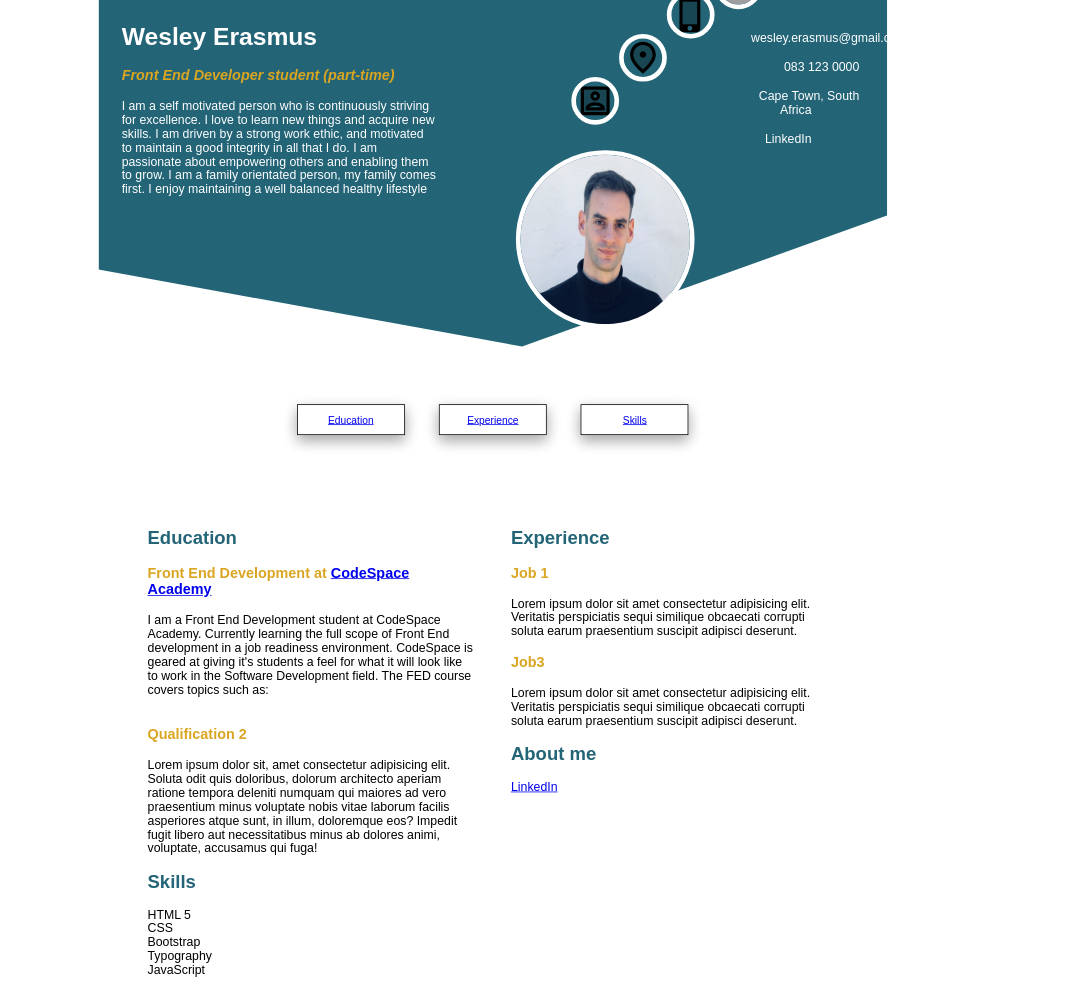
Repository: WesleyErasmus/myDigitalResume
Page: Resume-Projec-3/index.html
The author's editor kept a copy of each file at every save. The page is drawn from the files as they stood at one save, then again after the next save.
The browser window is 1280 px wide. The page is 1408 px wide, so the pictures cover 1408 px, including what lies to the right of the window. The pictures show the whole page, at 77% of full size.
Pictures or frames that could not be fetched are drawn as grey boxes.

Above is the page before, as saved 2022-02-12 16:40:28.

### Resume-Projec-3/index.html
<!DOCTYPE html>
<html lang="en">

<head>
  <meta charset="UTF-8">
  <meta http-equiv="X-UA-Compatible" content="IE=edge">
  <meta name="viewport" content="width=device-width, initial-scale=1.0">
  <title>Hello World</title>
  <link rel="stylesheet" href="styles.css">
</head>

<body>
  <header>
    <div class="title">
          <h1>Wesley Erasmus</h1>
          <h3> <em>Front End Developer student (part-time)</em></h3>
          <p>I am a self motivated person who is continuously striving for excellence. I love to learn new things and acquire new skills. I am driven by a strong work ethic, and motivated to maintain a good integrity in all that I do. I am passionate about empowering others and enabling them to grow. I am a family orientated person, my family comes first. I enjoy maintaining a well balanced healthy lifestyle</p>
    </div>


    <ul class="contact-details">
      <li>wesley.erasmus@gmail.com <img src="svg/email.svg" alt="Gmail" style="width: 50px; height: 50px;"> </li>

      <li>083 123 0000 <img src="svg/phone.svg" alt="Cell number" style="width: 50px; height: 50px;"> </li>

      <li>Cape Town, South Africa <img src="svg/location2.svg" alt="Location" style="width: 50px; height: 50px;"> </li>

      <li>LinkedIn </a> <img src="svg/account.svg" alt="LinkedIn profile" style="width: 50px; height: 50px;"> </li>
    </ul>

    <img id="headshot" src="images/IMG_01081.jpg" alt="Portrait image of Wesley Erasmus">


    <svg width="1024px" >
      <polygon fill="#236477" points="0,0 1024,0 1024,280 550,450 0,350"/>
  </svg>

  </header>
  <nav>

    <ul class="page-links">
      <li> <button><a href="#Education">Education</a></button></li>
      <li><button><a href="#Experience">Experience</a></button></li>
      <li><button><a href="#Skills">Skills</a></button></li>
    </ul>

  </nav>

  <main>

    <div class="flex-col-1">

      <h2 class="color-headings" id="Education">Education</h2>

      <h3>Front End Development at <a href="https://www.codespace.co.za/" target="_blank">CodeSpace Academy</a> </h3>

      <p>I am a Front End Development student at CodeSpace Academy. Currently learning the full scope of Front End development in a job readiness environment. CodeSpace is geared at giving it's students a feel for what it will look like to work in the Software Development field. The FED course covers topics such as:</p>
      <br>

        <h3>Qualification 2</h3>

      <p>Lorem ipsum dolor sit, amet consectetur adipisicing elit. Soluta odit quis doloribus, dolorum architecto
        aperiam ratione tempora deleniti numquam qui maiores ad vero praesentium minus voluptate nobis vitae laborum
        facilis asperiores atque sunt, in illum, doloremque eos? Impedit fugit libero aut necessitatibus minus ab
        dolores animi, voluptate, accusamus qui fuga!</p>




      <h2 class="color-headings" id="Skills">Skills</h2>

      <ul>
        <li>HTML 5</li>
        <li>CSS</li>
        <li>Bootstrap</li>
        <li>Typography</li>
        <li>JavaScript</li>
      </ul>

  </div>


    <div class="flex-col-1">
    <h2 class="color-headings" id="Experience">Experience</h2>
    <h3>Job 1</h3>
    <p>Lorem ipsum dolor sit amet consectetur adipisicing elit. Veritatis perspiciatis sequi similique obcaecati
      corrupti soluta earum praesentium suscipit adipisci deserunt.</p>
    <h3>Job3</h3>
    <p>Lorem ipsum dolor sit amet consectetur adipisicing elit. Veritatis perspiciatis sequi similique obcaecati
      corrupti soluta earum praesentium suscipit adipisci deserunt.</p>


    <h2 class="color-headings" >About me</h2>
    <p>
      <a href="https://www.linkedin.com/feed/" target="_blank">LinkedIn</a>
    </p>
  </div>

  </main>

</body>

</html>

### Resume-Projec-3/styles.css
* {
    margin: 0;
    padding: 0;
    font-family: sans-serif;
}
body {
max-width: 1024px;
max-height: 830px;
margin: 0 auto;
}
ul {
    list-style-type: none;
}
header {
    width: 100%;
    color: #fff;
    margin-bottom: 50px;
}
h3 {
    color: goldenrod;
    margin-top: 20px;
    margin-bottom: 20px;
}
.contact-details {
    position: absolute;
    /* float: right; */
    top: 30px;
    right: 30px;
    text-align: right;
    list-style-type: none;
}
.contact-details li{
    padding: 10px;
}

.title {
    width: 40%;
    padding: 30px;
}
img {
    position: relative;
    float: right;
    right: 250px;
    top: -90px;
    width: 220px;
    height: 220px;
    border-radius: 50%;
    border: 6px solid #fff;
}

svg {
    display: block;
    width: 1024px;
    z-index: -1;
    position: absolute;
    top: 0;
    width: 100%;
    height: 500px;
}
nav {
    margin-top: 240px ;
}
.page-links li{
    display: inline;
    background-color: #fff;
    margin: 20px;
}
button {
    color: #000;
    background-color: #fff;
    width: 140px;
    height: 40px;
    border: solid 1px black;
    box-shadow: 0 8px 16px 0 rgba(0,0,0,0.2), 0 6px 20px 0 rgba(0,0,0,0.19);
}
button:hover {
    cursor: pointer;
    background-color: #cfdfda;

}
a:visited {
    color: #173042;
  }

  a:active {
    color: blue;
  }
/* button:click {
    cursor: pointer;

} */
.color-headings {
    color: #236477;
    margin: 20px 0 20px 0;
}
.page-links{
    text-align: center;
}

main {

    margin: 80px 40px 0 40px;
    display: flex;
    flex-direction: row;
}
.flex-col-1, .flex-col-2 {
    margin: 0 auto;
    text-align: left;
    width: 45%;
    padding: 20px;

}

After the next save:
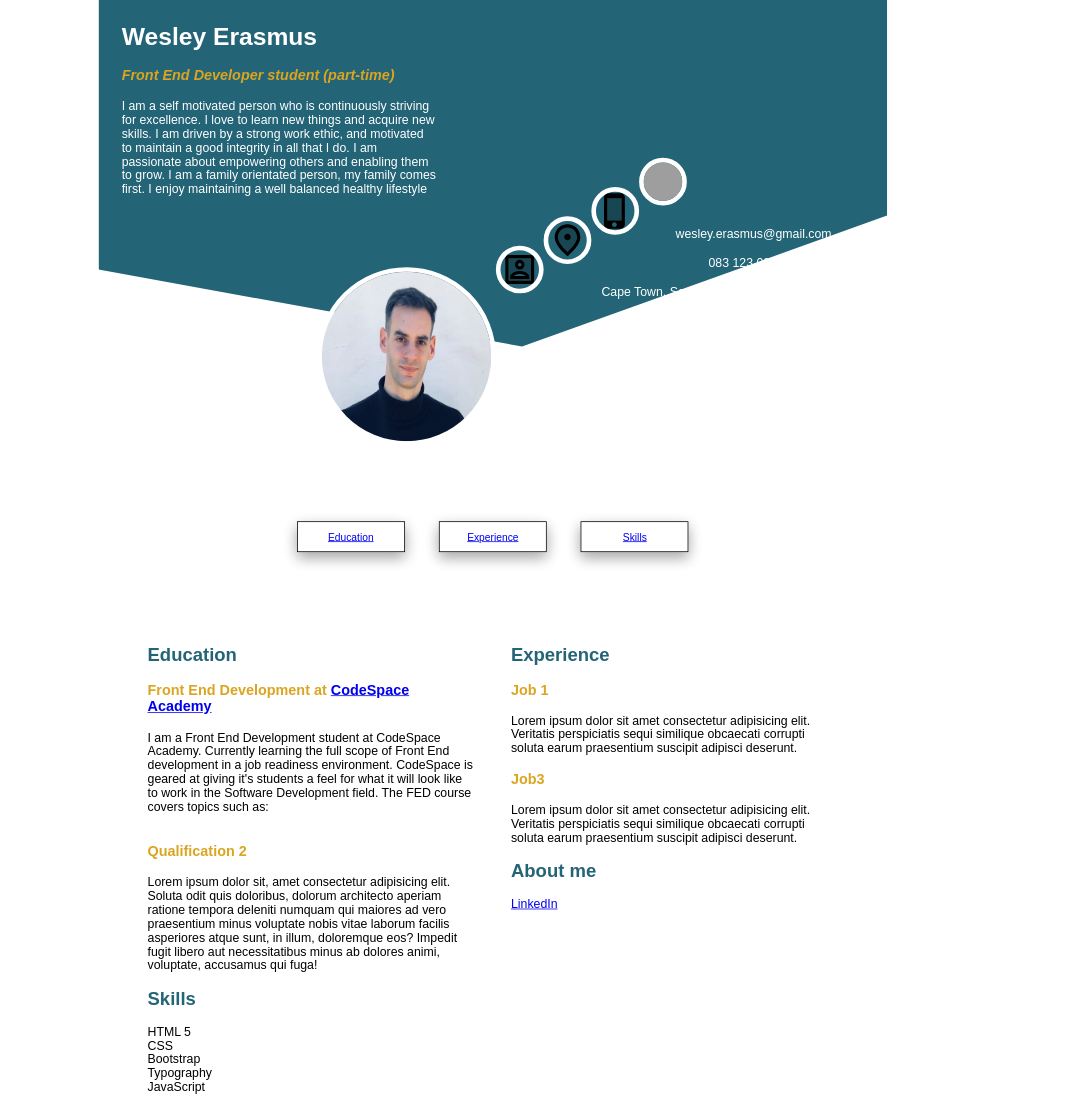
Saved 17 s later.
--- a/Resume-Projec-3/styles.css
+++ b/Resume-Projec-3/styles.css
@@ -22,8 +22,6 @@ h3 {
     margin-bottom: 20px;
 }
 .contact-details {
-    position: absolute;
-    /* float: right; */
     top: 30px;
     right: 30px;
     text-align: right;
